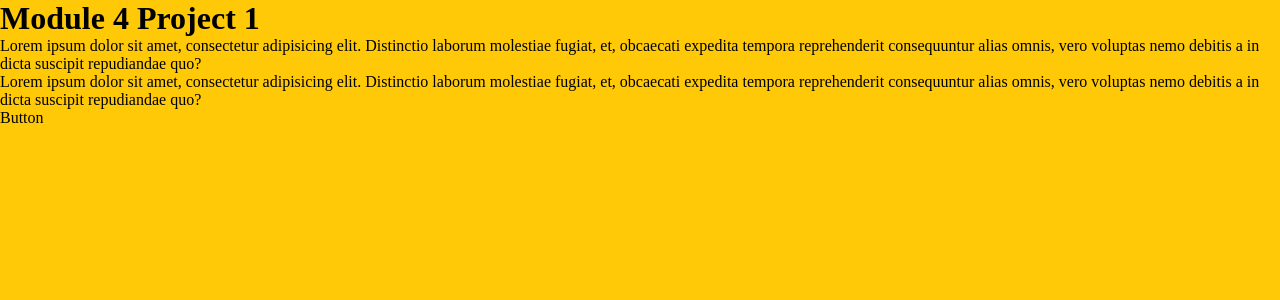
Repository: mlmEFSC21/P6-External-Style-Sheet
Page: index.html
The author's editor kept a copy of each file at every save. The page is drawn from the files as they stood at one save, then again after the next save.
The browser window is 1280 px wide. The pictures show the whole page.

Above is the page before, as saved 2022-02-09 19:50:28.

After the next save:
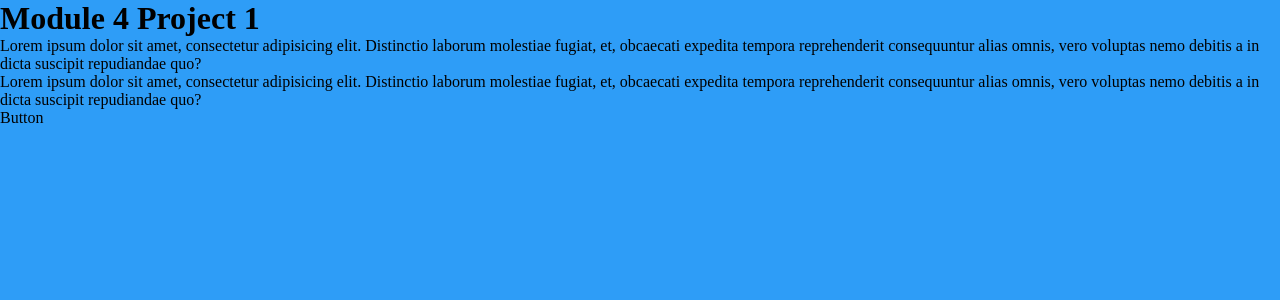
Saved 13 s later.
--- a/Styles.css
+++ b/Styles.css
@@ -11,5 +11,5 @@
     box-sizing: border-box;
 }
 body {
-    background-color: var(--clr-background);
+    background-color: var(--clr-button);
 }

After the save that followed:
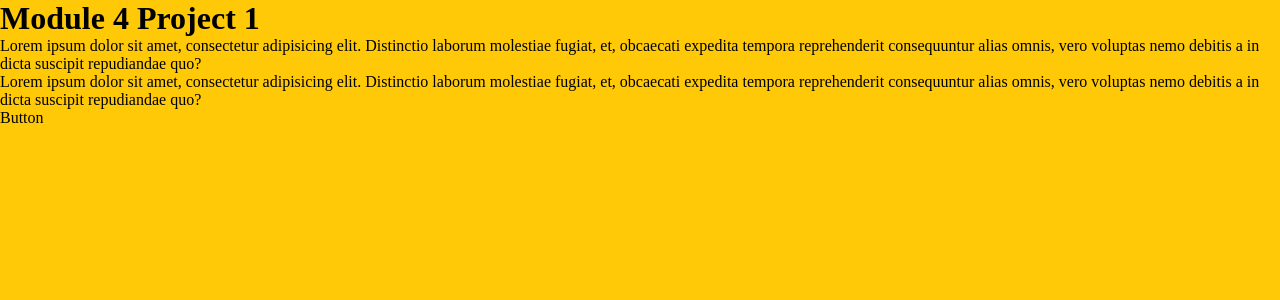
Saved 6 s later.
--- a/Styles.css
+++ b/Styles.css
@@ -11,5 +11,5 @@
     box-sizing: border-box;
 }
 body {
-    background-color: var(--clr-button);
+    background-color: var(--clr-background);
 }
